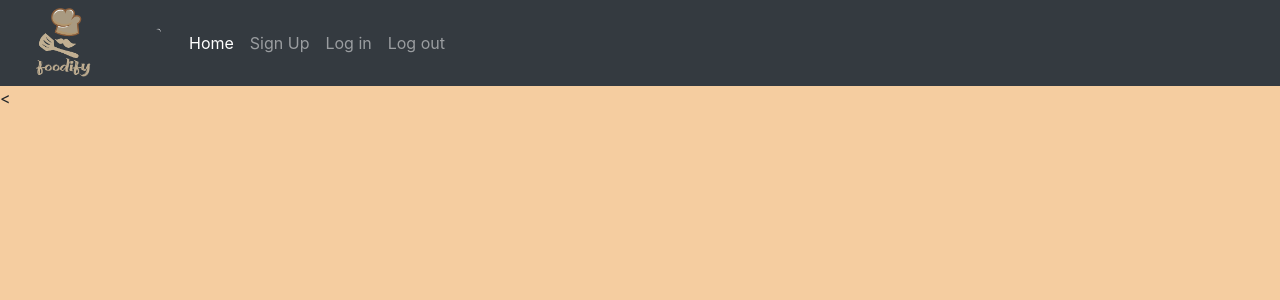
Repository: RanaHisham18/Foodify-Web-App
Page: Project IA raghda/usermenu.html
The author's editor kept a copy of each file at every save. The page is drawn from the files as they stood at one save, then again after a run of saves.
The browser window is 1280 px wide. The pictures show the whole page.

Above is the page before, as saved 2022-01-06 18:16:48.

### Project IA raghda/usermenu.html
<!DOCTYPE html>
<html lang="en">
<head>
    <meta charset="UTF-8">
    <meta http-equiv="X-UA-Compatible" content="IE=edge">
    <meta name="viewport" content="width=device-width, initial-scale=1.0">
    <link rel="stylesheet" href="https://maxcdn.bootstrapcdn.com/bootstrap/4.0.0/css/bootstrap.min.css"
     integrity="sha384-Gn5384xqQ1aoWXA+058RXPxPg6fy4IWvTNh0E263XmFcJlSAwiGgFAW/dAiS6JXm" crossorigin="anonymous">
     <link rel ="stylesheet" href="usermenu.css">
    <title>Document</title>
</head>
<body>
    <!--Navigation Bar-->
 <nav class="navbar navbar-expand-lg navbar-dark bg-dark sticky-top">
    <img class="image" src="images/foodify.png" alt="Foodify logo">

       <button class="navbar-toggler" type="button" data-bs-toggle="collapse" data-bs-target="#navbarScroll" aria-controls="navbarScroll" aria-expanded="false" aria-label="Toggle navigation">
         <span class="navbar-toggler-icon"></span>
       </button>
     <div class="container-fluid">
         <div class="collapse navbar-collapse" id="navbarScroll">
           <ul class="navbar-nav me-auto my-2 my-lg-0 navbar-nav-scroll" style="--bs-scroll-height: 100px;">
             <li class="nav-item">
               <a class="nav-link active" aria-current="page" href="home.php">Home</a>
             </li>
             <li class="nav-item">
               <a class="nav-link" href="register.php">Sign Up</a>
             </li>
             <li class="nav-item">
               <a class="nav-link" href="login.php">Log in</a>
             </li>
             <li class="nav-item">
               <a class="nav-link" href="login.php">Log out</a>

             </li>
           </ul>

         </div>
       </div>
   </nav>

   <
</body>
</html>

### Project IA raghda/usermenu.css
.image{
    cursor: pointer;
    height:70px;
     width:130px;
    margin-left: 20px;
  }
  .scroll{
      margin-top:200px;
      margin-left:50px;
  }
body
{
    background-color: #f5cda0;
}

After the next 2 saves:
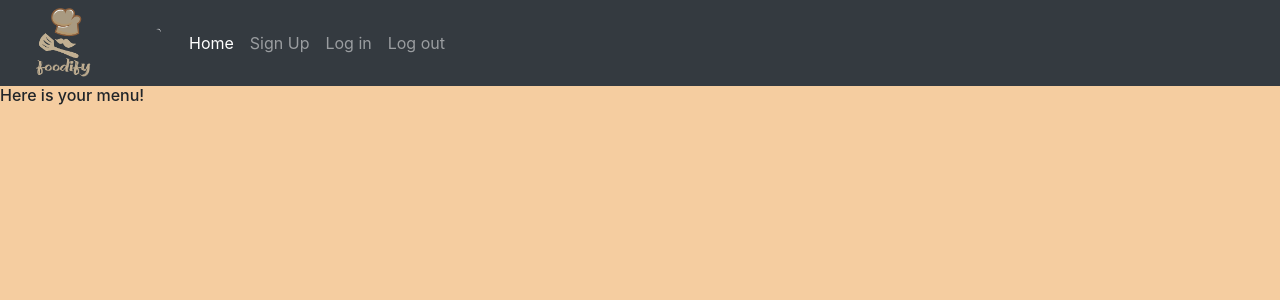
The 2 saves are shown as one change because they came seconds apart.
The last was saved 14 s later.
--- a/Project IA raghda/usermenu.html
+++ b/Project IA raghda/usermenu.html
@@ -39,6 +39,6 @@
        </div>
    </nav>
 
-   <
+   <h6>Here is your menu!</h6>
 </body>
 </html>
